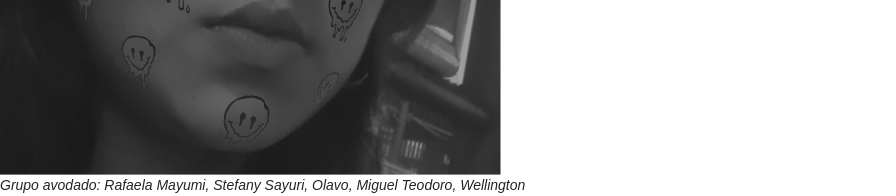
Repository: OlavoSchiavi/Site-de-biologia
Page: participantes.html
These files come from the project's save history. The page is drawn as it stood at one moment and after the next save; the edit follows.
The browser window is 1280 px wide. The pictures show the part of the page from y = 608 to 2528 px (the page is 888 px tall before and 2860 px after), at 70% of full size.

Above is the page before, as saved 2023-04-18 22:49:51.
Not found: JS/script.js

After the next save:
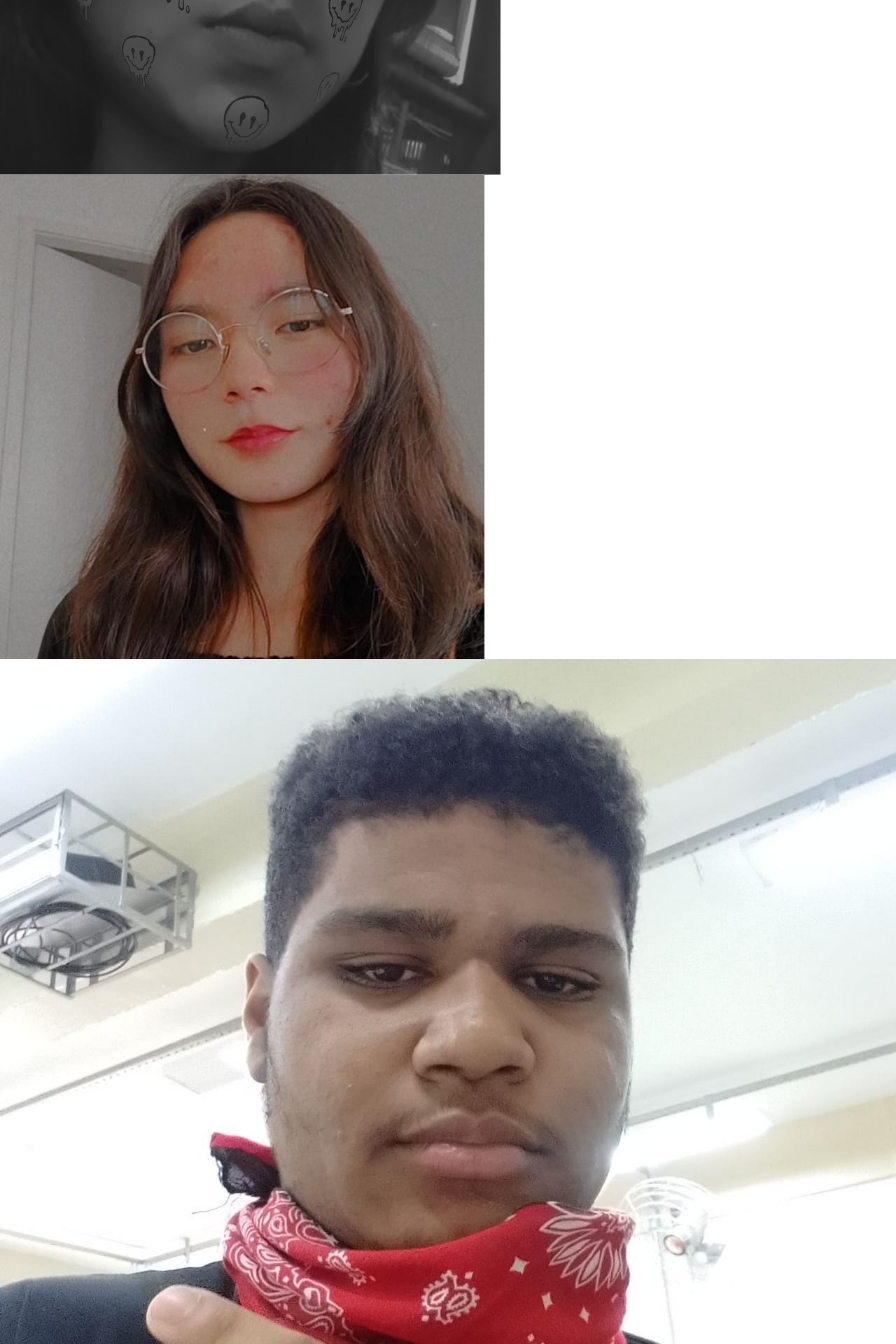
Saved 3 min 43 s later.
--- a/participantes.html
+++ b/participantes.html
@@ -33,6 +33,8 @@
     <main>
         <div class="perfil">
             <img src="imagens/sayuri.jpeg" alt="">
+            <img src="imagens/Rafinha.jpeg" alt="">
+            <img src="imagens/Welton.jpeg" alt="">
         </div>
     </main>
     <footer style="font-size: 20px; font-style: italic;">
